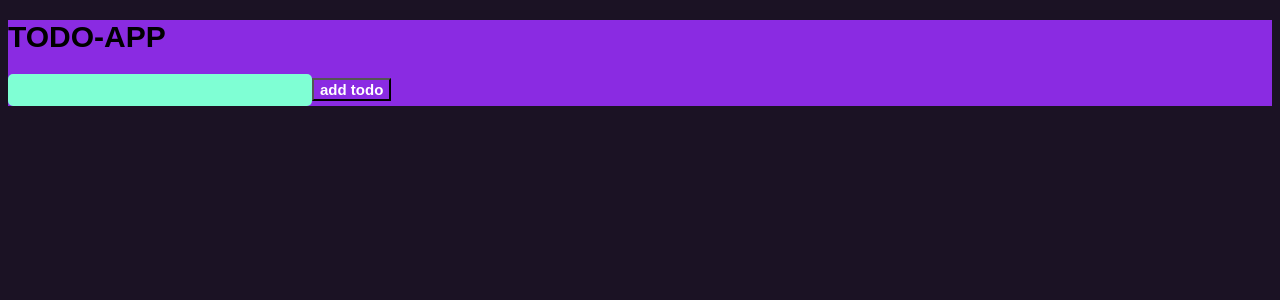
Repository: bilelsalemdev/todo-app
Page: /
The author's editor kept a copy of each file at every save. The page is drawn from the files as they stood at one save, then again after the next save.
The browser window is 1280 px wide. The pictures show the whole page.
The project was rebuilt for these pictures with package versions that can differ from the ones it lists, and the page was loaded fresh each time.

Above is the page before, as saved 2022-11-04 18:08:52.

### src/index.js
import React from 'react';
import ReactDOM from 'react-dom/client';
import './index.css'
import App from './App';


const root = ReactDOM.createRoot(document.getElementById('root'));
root.render(
  <React.StrictMode>
    <App />
  </React.StrictMode>
);

### src/index.css
body{
  background-color: rgb(27, 18, 36);
}

### src/App.js

import './App.css';
import { useState } from 'react';

function App() {
  const [value, setValue ] = useState('')
  const [datas, setData] = useState([])
  const handleClick = () => {
    if(value === ''){
      return
    }
   /*  if(e.key==='Enter')
    {
      setData([...datas, value]);
      setValue("");
    } */
    setData([...datas, value]);
    setValue("");
  }
  const handleChange = (e) => {
    setValue(e.target.value)
  }
  return (
    <div className='body'>
      <h1 className='header' >TODO-APP</h1>
      <input className='input' type="text" onChange={(e) => handleChange(e)} value={value} />
      <button className='button' onClick={ handleClick} >add todo</button>
      <ul className='list'>
      {datas.map((data, index) => (<li key={index} className='item'>{data}</li>) )}
      </ul>
    </div>
  );
}

export default App;

### src/App.css
.body{
  background-color:blueviolet
}
.header{
  font-size:30px;
  font-family: sans-serif;
  font-weight:bold;

}
.input {
  border-radius: 5px;
  border: none;
  background-color: aquamarine;
width: 300px;
height: 30px;
color: white;
}
.input:hover{
  background-color:azure;

}
.input:focus{
  outline: none;
}
.button{
  background-color: blueviolet;
  color: white;
  font-size:15px;
  font-weight: bold;
  font-family: sans-serif;

}
.list{
  font-family: sans-serif;
}
.item{
  list-style-type: none;
  color: white;
}

Loaded but not shown: public/index.html (common file)

After the next save:
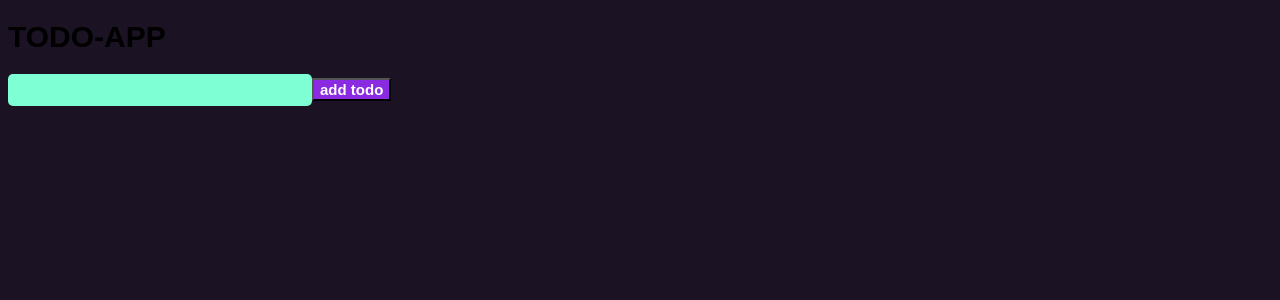
Saved 11 s later.
--- a/src/App.css
+++ b/src/App.css
@@ -1,6 +1,4 @@
-.body{
-  background-color:blueviolet
-}
+
 .header{
   font-size:30px;
   font-family: sans-serif;
